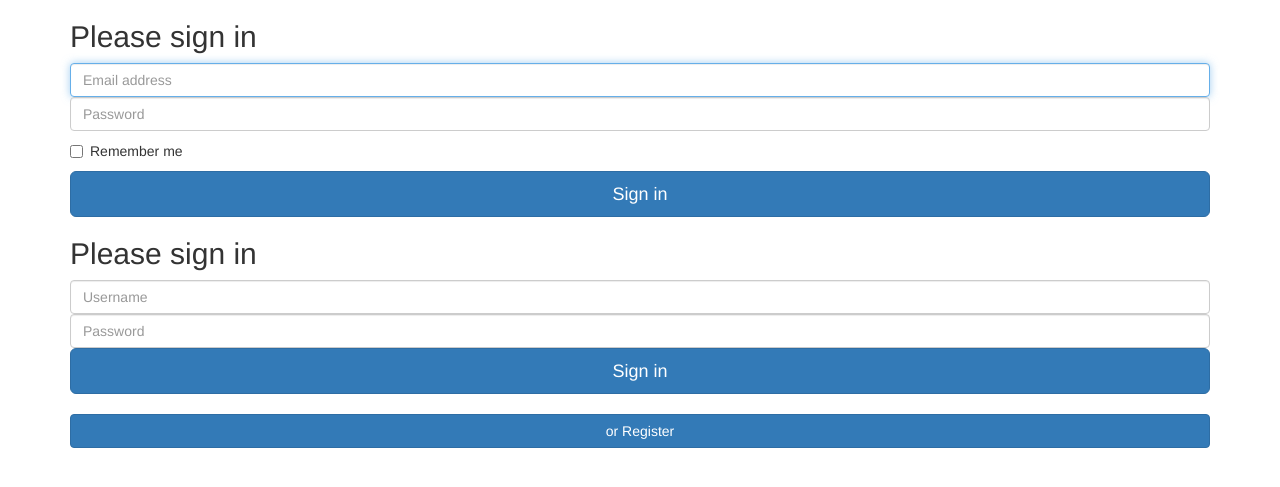
Repository: aaikinsm/FDM-Programs
Page: http://localhost/SoloProject/
An editor plug-in stored every save of this project. The page is shown before and after the next save, followed by the edit.
The browser window is 1280 px wide. The pictures show the whole page.
Some web libraries are served in a nearby version. The page is served by Tomcat 9. Other server files are loaded and not shown.

Above is the page before, as saved 2017-05-31 21:08:47.
Not found: SoloProject/assets/js/ie10-viewport-bug-workaround.js

### SoloProject/WebContent/index.jsp
<%@ page language="java" contentType="text/html; charset=ISO-8859-1"
    pageEncoding="ISO-8859-1"%>
<!DOCTYPE html PUBLIC "-//W3C//DTD HTML 4.01 Transitional//EN" "http://www.w3.org/TR/html4/loose.dtd">
<html>
<head>
<meta http-equiv="Content-Type" content="text/html; charset=ISO-8859-1">
<title>Online Exam</title>
</head>
<body>
	<a href="login">Go to Dashboard</a>
</body>
</html>

### SoloProject/WebContent/login.jsp
<%@ page language="java" contentType="text/html; charset=ISO-8859-1"
	pageEncoding="ISO-8859-1"%>
<!DOCTYPE html PUBLIC "-//W3C//DTD HTML 4.01 Transitional//EN" "http://www.w3.org/TR/html4/loose.dtd">
<html>
<head>
<meta http-equiv="Content-Type" content="text/html; charset=ISO-8859-1">
<title>Login</title>

<!-- Latest compiled and minified CSS -->
<link rel="stylesheet"
	href="https://maxcdn.bootstrapcdn.com/bootstrap/3.3.7/css/bootstrap.min.css"
	integrity="sha384-BVYiiSIFeK1dGmJRAkycuHAHRg32OmUcww7on3RYdg4Va+PmSTsz/K68vbdEjh4u"
	crossorigin="anonymous">
<link rel="stylesheet" href="css/style.css">
<script
	src="https://ajax.googleapis.com/ajax/libs/jquery/3.2.1/jquery.min.js"></script>
<script type="text/javascript">
	$(document).ready(function() {
		$("#registerContainer").hide()
		$("#b1").click(function() {
			$("#eMsg").text("")
			$("#loginContainer").fadeOut()
			$("#registerContainer").fadeIn()
		})
	})
</script>
</head>
<body>


<body>

    <div class="container">

      <form class="form-signin">
        <h2 class="form-signin-heading">Please sign in</h2>
        <label for="inputEmail" class="sr-only">Email address</label>
        <input type="email" id="inputEmail" class="form-control" placeholder="Email address" required="" autofocus="">
        <label for="inputPassword" class="sr-only">Password</label>
        <input type="password" id="inputPassword" class="form-control" placeholder="Password" required="">
        <div class="checkbox">
          <label>
            <input type="checkbox" value="remember-me"> Remember me
          </label>
        </div>
        <button class="btn btn-lg btn-primary btn-block" type="submit">Sign in</button>
      </form>

    </div> <!-- /container -->


    <!-- IE10 viewport hack for Surface/desktop Windows 8 bug -->
    <script src="../../assets/js/ie10-viewport-bug-workaround.js"></script>


</body>










	<div id="loginRegisterContainer" >
		<div class="container" id="loginContainer" >

			<form class="form-signin" action="login" method="post" >
				<h2 class="form-signin-heading">Please sign in</h2>
				<h4 class="error">${errorMsg}</h4>
				<label for="username" class="sr-only">Username</label> <input
					type="text" id="username" name="username" class="form-control"
					placeholder="Username" required> <label for="inputPassword"
					class="sr-only">Password</label> <input type="password"
					id="inputPassword" name="password" class="form-control"
					placeholder="Password" required>
				<button class="btn btn-lg btn-primary btn-block" type="submit">Sign
					in</button>
			</form>
			<br />
			<button id="b1" class="btn btn-primary btn-block">or
				Register</button>

		</div>

		<div class="container" id="registerContainer">

			<form class="form-signin" action="register" method="post">
				<h2 class="form-signin-heading">Enter Your Information Below</h2>
				<h4 class="error" id="eMsg">${errorMsg}</h4>
				<label for="username" class="sr-only">Username</label> <input
					type="text" id="username" name="username" class="form-control"
					placeholder="Username" required> <label for="inputPassword"
					class="sr-only">Password</label> <input type="password"
					id="inputPassword" name="password" class="form-control"
					placeholder="Password" required> <input type="text"
					id="firstname" name="firstname" class="form-control"
					placeholder="First name" required> <label
					for="inputPassword" class="sr-only">First Name</label> <input
					type="text" id="lastname" name="lastname" class="form-control"
					placeholder="Last name" required> <label
					for="inputPassword" class="sr-only">Last Name</label>
				<button class="btn btn-lg btn-primary btn-block" type="submit">Register</button>
			</form>

		</div>
	</div>
</body>
</html>

After the next save:
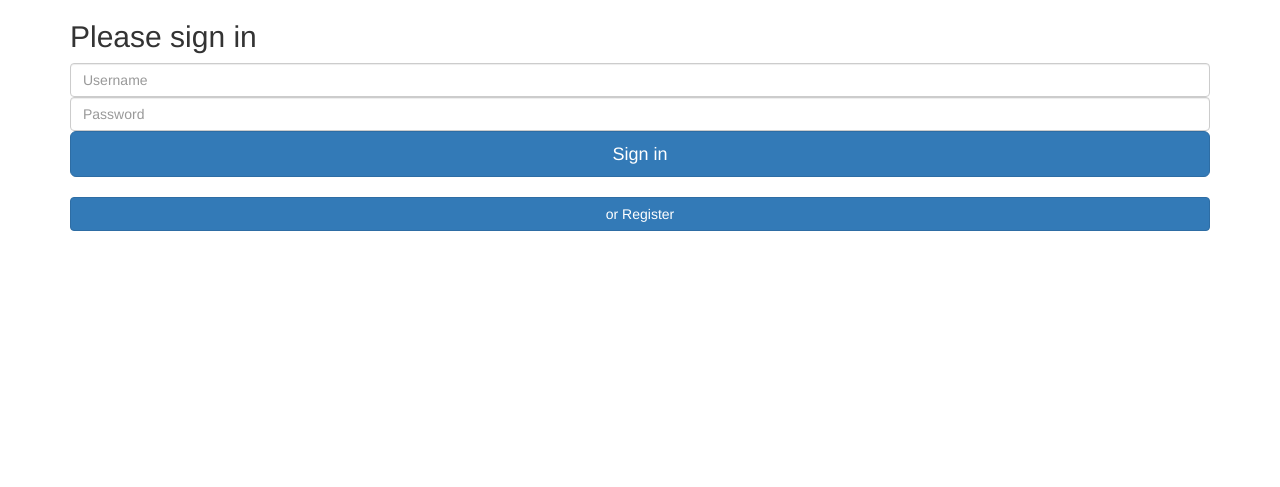
Saved 4 min 35 s later.
--- a/SoloProject/WebContent/login.jsp
+++ b/SoloProject/WebContent/login.jsp
@@ -27,49 +27,12 @@
 </head>
 <body>
 
-
-<body>
-
-    <div class="container">
-
-      <form class="form-signin">
-        <h2 class="form-signin-heading">Please sign in</h2>
-        <label for="inputEmail" class="sr-only">Email address</label>
-        <input type="email" id="inputEmail" class="form-control" placeholder="Email address" required="" autofocus="">
-        <label for="inputPassword" class="sr-only">Password</label>
-        <input type="password" id="inputPassword" class="form-control" placeholder="Password" required="">
-        <div class="checkbox">
-          <label>
-            <input type="checkbox" value="remember-me"> Remember me
-          </label>
-        </div>
-        <button class="btn btn-lg btn-primary btn-block" type="submit">Sign in</button>
-      </form>
-
-    </div> <!-- /container -->
-
-
-    <!-- IE10 viewport hack for Surface/desktop Windows 8 bug -->
-    <script src="../../assets/js/ie10-viewport-bug-workaround.js"></script>
-
-
-</body>
-
-
-
-
-
-
-
-
-
-
 	<div id="loginRegisterContainer" >
 		<div class="container" id="loginContainer" >
 
 			<form class="form-signin" action="login" method="post" >
 				<h2 class="form-signin-heading">Please sign in</h2>
-				<h4 class="error">${errorMsg}</h4>
+				<h4 class="error" style="color:red">${errorMsg}</h4>
 				<label for="username" class="sr-only">Username</label> <input
 					type="text" id="username" name="username" class="form-control"
 					placeholder="Username" required> <label for="inputPassword"
@@ -89,7 +52,7 @@
 
 			<form class="form-signin" action="register" method="post">
 				<h2 class="form-signin-heading">Enter Your Information Below</h2>
-				<h4 class="error" id="eMsg">${errorMsg}</h4>
+				<h4 class="error" id="eMsg" style="color:red">${errorMsg}</h4>
 				<label for="username" class="sr-only">Username</label> <input
 					type="text" id="username" name="username" class="form-control"
 					placeholder="Username" required> <label for="inputPassword"
